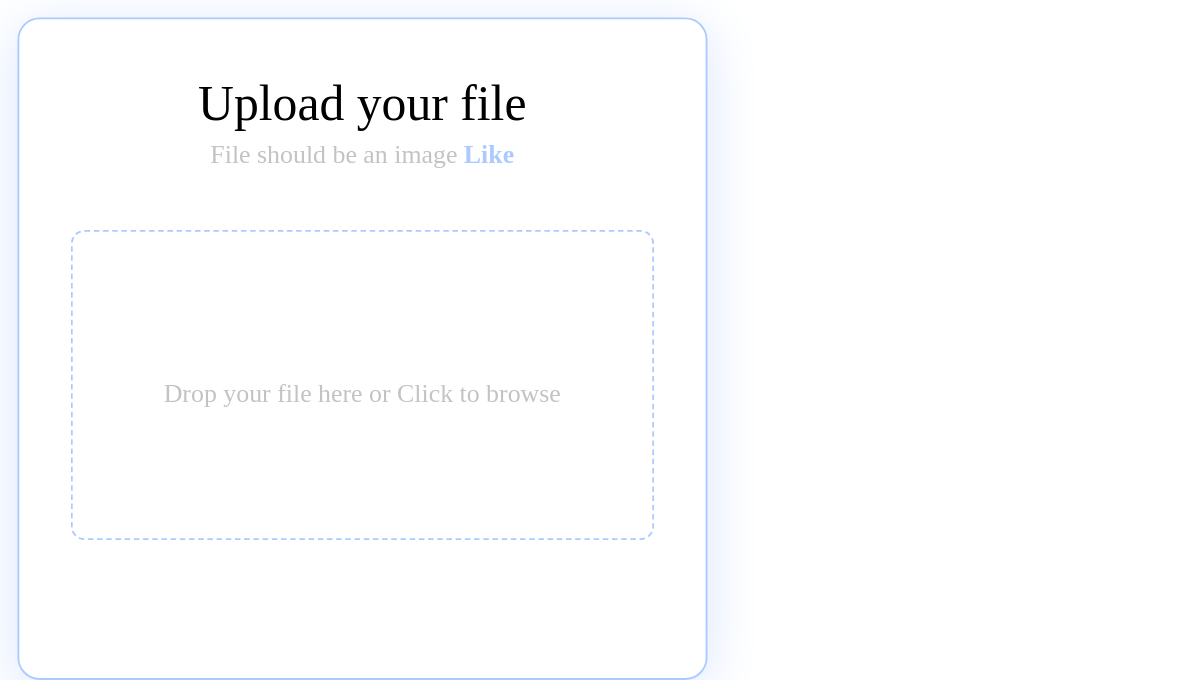
Repository: ThuongDuy/Phan_loai_anh
Page: hcsdlpt/index.html
The author's editor kept a copy of each file at every save. The page is drawn from the files as they stood at one save, then again after the next save.
The browser window is 1280 px wide. The pictures show the whole page, at 92% of full size.

Above is the page before, as saved 2023-06-01 17:33:58.

After the next save:
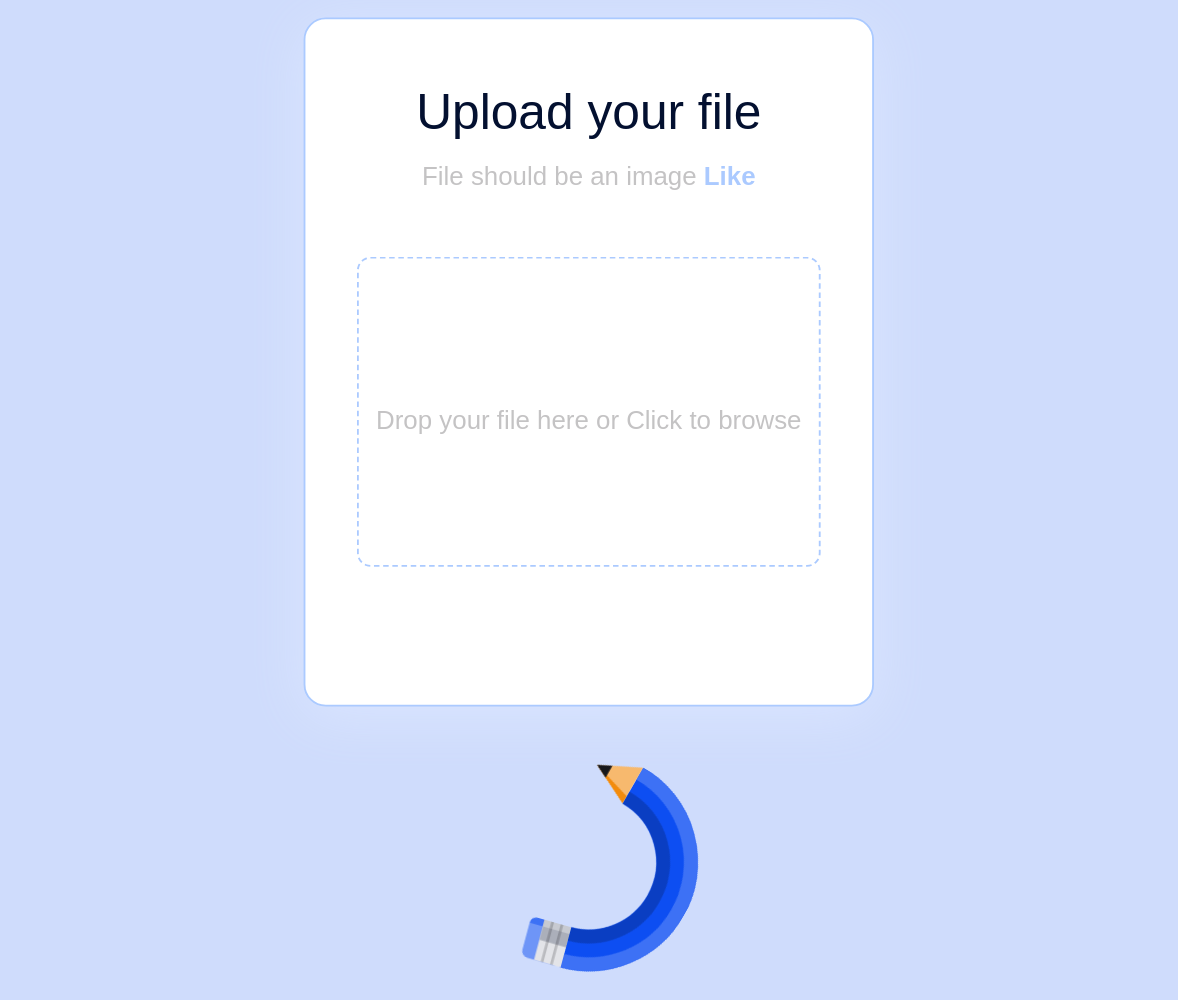
Saved 33 s later.
--- a/hcsdlpt/main.css
+++ b/hcsdlpt/main.css
@@ -13,9 +13,18 @@
     --clr-light-blue: rgb(171, 202, 255);
 }
 
-/* body {
-
-} */
+body {
+    margin: 0;
+    padding: 0;
+    background-color: var(--clr-light);
+    color: var(--clr-black);
+    font-family: 'Poppins', sans-serif;
+    font-size: 1.125rem;
+    min-height: 100vh;
+    display: flex;
+    justify-content: center;
+    align-items: center;
+}
 
 /* End General Styles */
 
@@ -373,14 +382,14 @@
     font-size: calc(20px + (30 - 20) * (100vw - 320px) / (1280 - 320));
 }
 
-/* body {
+body {
     background: var(--bg);
     color: var(--fg);
     font: 1em/1.5 sans-serif;
     height: 100vh;
     display: grid;
     place-items: center;
-} */
+}
 
 .pencil {
     display: block;
@@ -443,6 +452,7 @@
     transform: translate(100px, 100px) rotate(-113deg);
 }
 
+/* Animations */
 @keyframes pencilBody1 {
 
     from,
@@ -453,6 +463,7 @@
 
     50% {
         stroke-dashoffset: 150.8;
+        /* 3/8 of diameter */
         transform: rotate(-225deg);
     }
 }
@@ -571,26 +582,3 @@
         transform: translate(100px, 100px) rotate(112deg);
     }
 }
-
-
-.wrapper {
-    position: relative;
-    margin: 0;
-    padding: 0;
-    background-color: var(--clr-light);
-    color: var(--clr-black);
-    font-family: 'Poppins', sans-serif;
-    font-size: 1.125rem;
-    min-height: 100vh;
-    display: flex;
-    justify-content: center;
-    align-items: center;
-}
-.upload-area {
-    position: absolute;
-    z-index: 1;
-}
-.loading {
-    position: absolute;
-    z-index: 9;
-}
